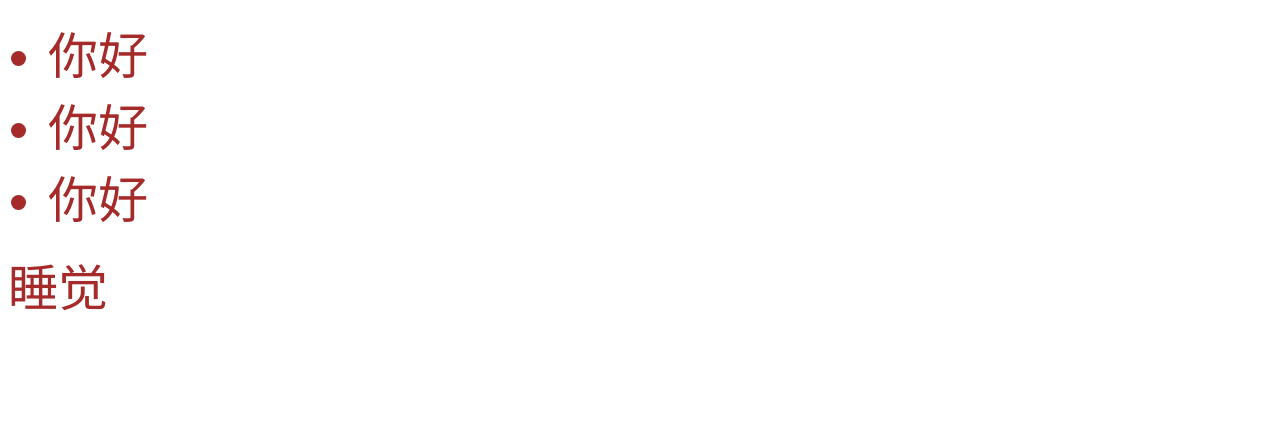
Repository: ls02/VSCode
Page: Java/2022/7-14-1/Test1.html
The author's editor kept a copy of each file at every save. The page is drawn from the files as they stood at one save, then again after the next save.
The browser window is 1280 px wide. The pictures show the whole page.

Above is the page before, as saved 2022-07-14 22:51:36.

After the next save:
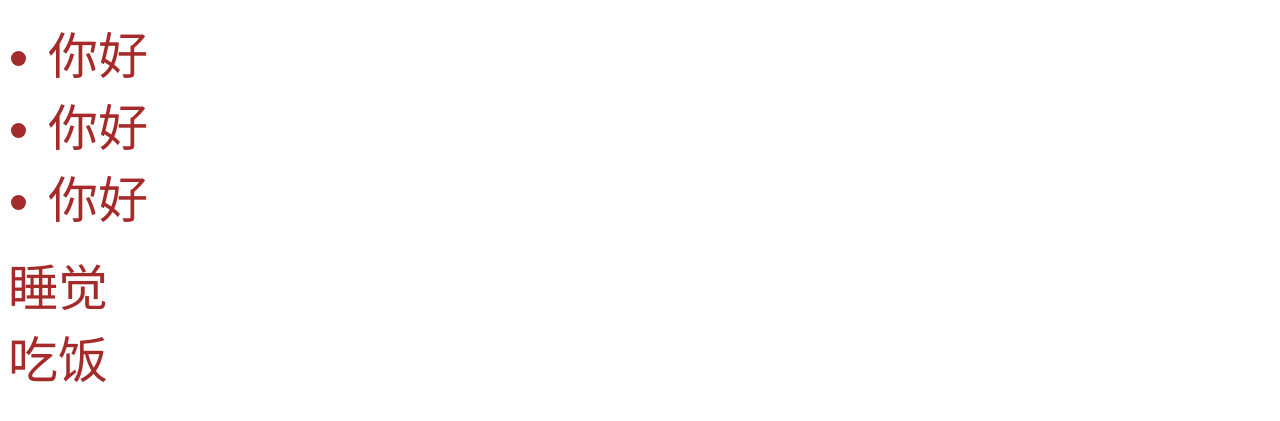
Saved 21 s later.
--- a/Java/2022/7-14-1/Test1.html
+++ b/Java/2022/7-14-1/Test1.html
@@ -17,7 +17,9 @@
     <title>Document</title>
 
     <style>
-        .list li,div{
+        .list li,
+        div,
+        span{
             color:brown;
             font-size: 50px;
         }
@@ -31,5 +33,6 @@
     </ul>
 
     <div class="a">睡觉</div>
+    <span>吃饭</span>
 </body>
 </html>
